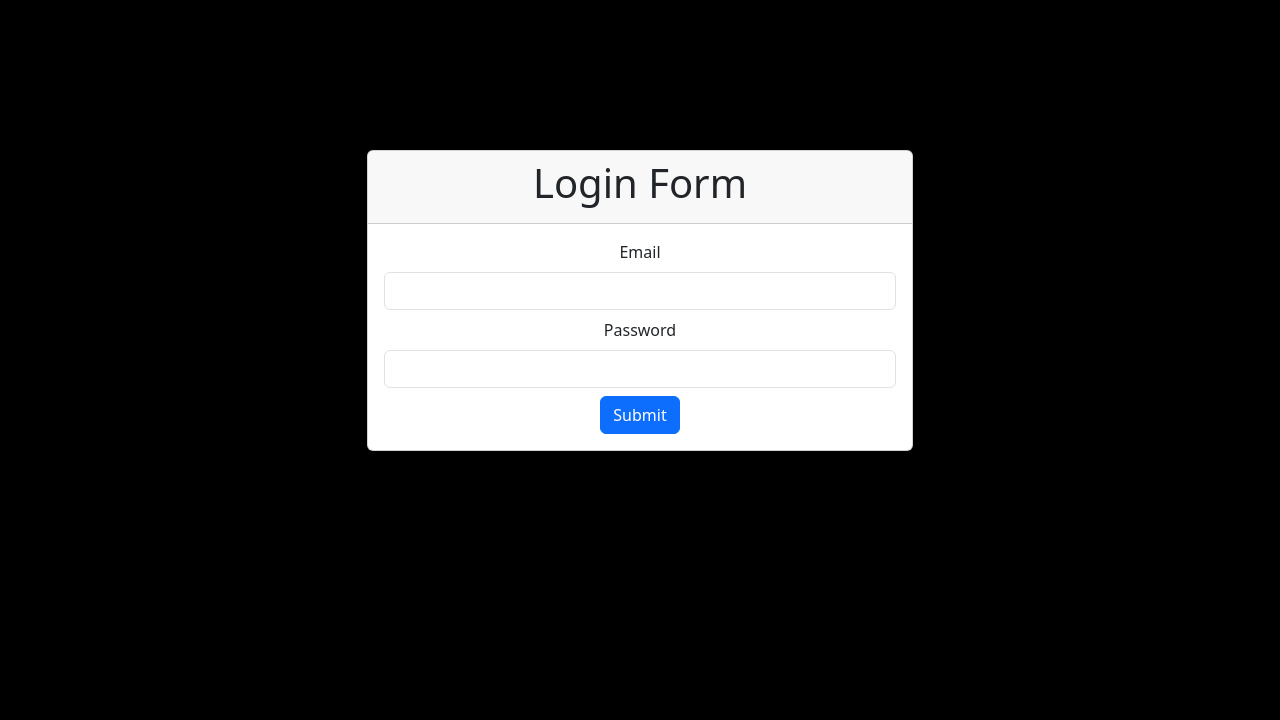
Repository: Laxman-Nath/java-internship
Page: http://localhost/Demo/login.jsp
The author's editor kept a copy of each file at every save. The page is drawn from the files as they stood at one save, then again after the next save.
The browser window is 1280 px wide. The pictures show the whole page.
The page is served by Tomcat 9.

Above is the page before, as saved 2024-09-01 10:35:46.

After the next save:
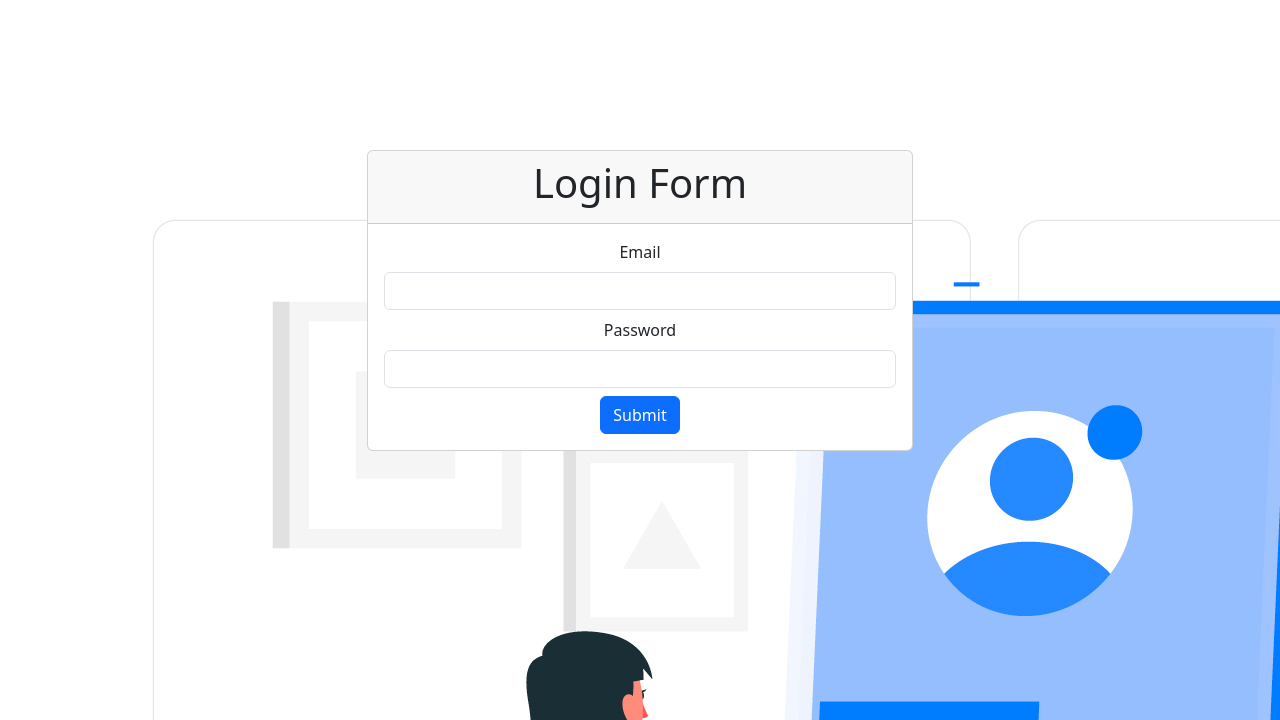
Saved 26 s later.
--- a/Servlet_JSP/Demo/src/main/webapp/login.jsp
+++ b/Servlet_JSP/Demo/src/main/webapp/login.jsp
@@ -11,7 +11,7 @@
 	integrity="sha384-QWTKZyjpPEjISv5WaRU9OFeRpok6YctnYmDr5pNlyT2bRjXh0JMhjY6hW+ALEwIH"
 	crossorigin="anonymous">
 </head>
-<body style="background-color:black;">
+<body style="background-image:url('img/login.jpg')">
 	<div class="container" style="margin-top: 150px;">
 		<div class="row">
 			<div class="col-md-6 offset-md-3">
